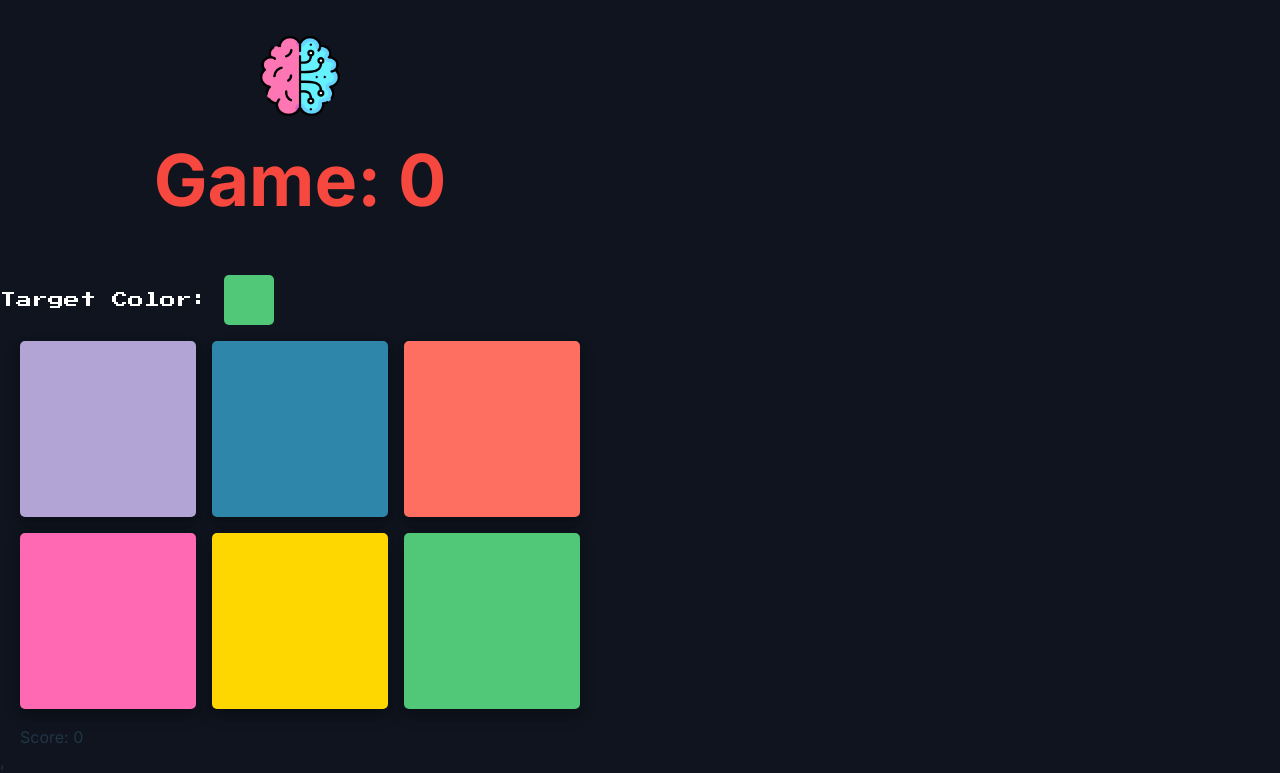
Repository: Shenixo/Color_match_game
Page: /game_play
The author's editor kept a copy of each file at every save. The page is drawn from the files as they stood at one save, then again after the next save.
The browser window is 1280 px wide. The pictures show the whole page.
The project was rebuilt for these pictures with package versions that can differ from the ones it lists, and the page was loaded fresh each time. Also part of the build but not shown: vite.config.js, src/Components/Tab/Tab.css, src/Components/Tab/Tab.jsx, src/Pages/Home/Home.jsx, src/Pages/Rules/Rules.css, src/Pages/Rules/Rules.jsx, src/Pages/Sound/Sound.jsx. Imported but missing from the stored project, and not drawn on this page: src/assets/button_clicks.wav, src/assets/game_theme_sound.mp4.

Above is the page before, as saved 2025-02-04 01:41:46.

### index.html
<!DOCTYPE html>
<html lang="en">
  <head>
    <meta charset="UTF-8" />
    <link rel="icon" type="image/svg+xml" href="/vite.svg" />
    <meta name="viewport" content="width=device-width, initial-scale=1.0" />
    <link rel="preconnect" href="https://fonts.googleapis.com" />
    <link rel="preconnect" href="https://fonts.gstatic.com" crossorigin />
    <link rel="preconnect" href="https://fonts.googleapis.com">
<link rel="preconnect" href="https://fonts.gstatic.com" crossorigin>
<link href="https://fonts.googleapis.com/css2?family=Inter:ital,opsz,wght@0,14..32,100..900;1,14..32,100..900&family=Poppins:ital,wght@0,100;0,200;0,300;0,400;0,500;0,600;0,700;0,800;0,900;1,100;1,200;1,300;1,400;1,500;1,600;1,700;1,800;1,900&family=Press+Start+2P&display=swap" rel="stylesheet">
    <title>Color Match</title>
  </head>
  <body>
    <div id="root"></div>
    <script type="module" src="/src/main.jsx"></script>
  </body>
</html>

### src/App.jsx
import { Route, Routes } from "react-router-dom";
import "./App.css";
import Home from "./Pages/Home/Home";
import Rules from "./Pages/Rules/Rules";
import Sound from "./Pages/Sound/Sound";
import GamePlay from "./Pages/GamePlay/GamePlay";

function App() {
  return (
    <div>
      <Routes>
        <Route path="/" element={<Home />} />
        <Route path="/game_play" element={<GamePlay/>}/>
        <Route path="/rules" element={<Rules />} />
        <Route path="/sound" element={<Sound />} />
      </Routes>
    </div>
  );
}

export default App;

### src/App.css
*{
  padding: 0;
  margin: 0;
  box-sizing: border-box;
  font-family: "Inter", serif;
}
body{
  background: #0f141e;
}

### src/Pages/GamePlay/GamePlay.jsx
import {Card, listenForScoreUpdates } from "../../Components/Card/Card"
import Title from "../../Components/Title/Title"
import "./GamePlay.css"
import ScoreNdColorBox from "../../Components/ScoreNdColorBox/ScoreNdColorBox"
import { useEffect, useState } from "react"

const GamePlay = () => {
  const [score, setScore] = useState(0);
  useEffect(() => {
    listenForScoreUpdates(setScore);
  }, []);
  return (
    <div>
      <div className="container">
        <Title content={`Game: ${score}`} />
        <div className="game-tab">
        <ScoreNdColorBox/>
        </div>
        <Card/>
      </div>
    </div>
  )
}

export default GamePlay

### src/Components/Title/Title.jsx
/* eslint-disable react/prop-types */
import "./Title.css"
import brain from "../../assets/brain.png"
import { Link } from "react-router-dom"
import { TabClick } from "../../Components/Sound/Sound";
const Title = ({content}) => {
  return (
    <div className="title">
          <h1>{content}</h1>
          <Link to="/">
          <img src={brain} onClick={TabClick} alt="Brain image" width={80} />
          </Link>
    </div>
  )
}

export default Title

### src/Pages/Home/Home.css
.home{
    width: 100%;
    max-height: 100svh;
}
.container{
    display: flex;
    align-items: center;
    justify-content: center;
    margin-top: 6%;
    flex-direction: column;
    gap: 1rem;
}

### src/Components/Sound/Sound.jsx
import Game_sound from "../../assets/game_theme_sound.mp4";
import Tab_sound from "../../assets/button_clicks.wav";

let game_theme = new Audio(Game_sound);
game_theme.loop = true;
const GameTheme = () => {
  if (game_theme.paused) {
    game_theme.play();
  } else {
    game_theme.pause();
    game_theme.currentTime = 0;
  }
};


const TabClick = () => {
  const tab_clicks = new Audio(Tab_sound)
  tab_clicks.play()
}
export { GameTheme, TabClick };

### src/Components/Card/Card.jsx
import { useState, useEffect } from "react";
import "./Card.css";
import { TabClick } from "../../Components/Sound/Sound";

const fineColors = [
  "#2E86AB",
  "#FF6F61",
  "#50C878",
  "#B2A4D4",
  "#FFD700",
  "#FF69B4",
];

let score = 0;
const setGlobalScore = (newScore) => {
  score = newScore;
  document.dispatchEvent(new CustomEvent("scoreUpdated", { detail: score }));
};

const Card = () => {
  const cardArr = Array.from({ length: 6 });
  const [shuffledColors, setShuffledColors] = useState([...fineColors]);
  const [localScore, setLocalScore] = useState(score);
  const [chosenColor, setChosenColor] = useState(null);
  const [clickEnabled, setClickEnabled] = useState(false);
  const [showHint, setShowHint] = useState(true);

  useEffect(() => {
    startNewRound();
  }, []);

  const startNewRound = () => {
    setClickEnabled(false);
    setShowHint(true);

    const randomColor = fineColors[Math.floor(Math.random() * fineColors.length)];
    setChosenColor(randomColor);

    // Dispatch the chosen color event
    document.dispatchEvent(new CustomEvent("colorChosen", { detail: randomColor }));

    setTimeout(() => {
      const shuffled = [...fineColors].sort(() => Math.random() - 0.5);
      setShuffledColors(shuffled);
      setClickEnabled(true);
      setShowHint(false);
    }, 4000);
  };

  const handleWinState = () => {
    setLocalScore((prev) => {
      const newScore = prev + 1;
      setGlobalScore(newScore);
      return newScore;
    });
  };

  const handleLoseState = () => {
    setLocalScore((prev) => {
      const newScore = prev - 1;
      setGlobalScore(newScore);
      return newScore;
    });
  };

  const handleCheckPlayerClick = (clickedIndex) => {
    if (!clickEnabled) return;

    const clickedColor = shuffledColors[clickedIndex];

    if (clickedColor === chosenColor) {
      handleWinState();
    } else {
      handleLoseState();
    }

    TabClick();
    setClickEnabled(false);

    setTimeout(() => {
      startNewRound();
    }, 1000);
  };

  return (
    <div className="card">
      {cardArr.map((_, idx) => (
        <button
          onClick={() => handleCheckPlayerClick(idx)}
          className={showHint && shuffledColors[idx] === chosenColor ? "chosen_card" : ""}
          style={{ background: shuffledColors[idx] }}
          key={idx}
          disabled={!clickEnabled}
        />
      ))}
      <p>Score: {localScore}</p>
    </div>
  );
};

export { Card, setGlobalScore };

export const listenForScoreUpdates = (callback) => {
  document.addEventListener("scoreUpdated", (event) => {
    callback(event.detail);
  });
};

### src/Pages/GamePlay/GamePlay.css
.game-tab{
    display: flex;
    align-items: center;
    justify-content: space-between;
    width: 600px;
}

### src/Components/ScoreNdColorBox/ScoreNdColorBox.jsx
import ChosenColor from "../ChosenColorDisplay/ChosenColorDisplay"

import "./ScoreNdColorBox.css";
const ScoreNdColorBox = () => {

  return (
    <div className="score_nd_color_box">
      <div className="target_card">
        <p>Target Color:</p>{" "}
        <ChosenColor/>
      </div>
    </div>
  );
};

export default ScoreNdColorBox;

/*Nahhh this is worst the cards first appears first without color then i think a card is first chosen in this state without colors then after the colors suddenly appears and then another card is being chosen how ami supposed to work with this The flow should be that one random card gets selected it shuffles and i have to click on the card that was chosen to add to my score and if i fail to do this my score gets deducted this shoud be the flow */


/*
i need you to help me with something i am working on a color game where a random card is first selected and then it shuffles after shuffling i have to pick the card that was chosen to initially to win we must make sure to still track the index of the card that was chosen before even after shuffling because this is what would be used to track player click and also since the index of the chosen card would change after shuffling so i can update my scores correctly i would send you my code now and i want you to help me make the corrections so the code can work correctly as expected got it?! */

### src/Components/Title/Title.css
.title {
  display: flex;
  align-items: center;
  gap: 1rem;
  color: #f6483e;
  font-size: 1.4rem;
  margin-bottom: 2.5rem;
  flex-direction: column-reverse;
}
.title h1 {
  /* font-family: "Press Start 2P", serif; */
}

### src/Components/Card/Card.css
.card {
  display: grid;
  grid-template-columns: 1fr 1fr 1fr;
  gap: 1rem;
  transition: all 0.5s ease-in-out;
  justify-content: center;
  align-items: center;
  position: relative;
}
.card button {
  width: 11rem;
  cursor: pointer;
  height: 11rem;
  border-radius: 5px;
  transition: transform 0.5s ease-in-out, opacity 0.5s ease-in-out;
  box-shadow: 0px 8px 16px rgba(0, 0, 0, 0.2), 0px 4px 8px rgba(0, 0, 0, 0.1);
  transition: .5s;
  border: none;
}
.card div:active{
  scale: .85;
}

.chosen_card {
  animation: pulse 1.2s 3 ease-in-out;
}

@keyframes pulse {
  0% {
    transform: scale(1);
  }
  50% {
    transform: scale(1.1);
  }
  100% {
    transform: scale(1);
  }
}

.card.collapse div {
  transform: scale(0.1) translate(-50%, -50%);
  opacity: 0;
}

.card.spread div {
  transform: scale(1) translate(0, 0);
  opacity: 1;
}

@media only screen and (max-width: 880px) {
  .card {
    grid-template-columns: 1fr 1fr;
  }
}

### src/Components/ChosenColorDisplay/ChosenColorDisplay.jsx
import { useState, useEffect } from "react";

const ChosenColorDisplay = () => {
  const [chosenColor, setChosenColor] = useState(null);

  useEffect(() => {
    const handleColorChosen = (event) => {
      setChosenColor(event.detail);
    };
    document.addEventListener("colorChosen", handleColorChosen);

    return () => {
      document.removeEventListener("colorChosen", handleColorChosen);
    };
  }, []);
console.log("chosenColor", chosenColor)
  return (
    <div>
      <div
        style={{
          width: "50px",
          height: "50px",
                  backgroundColor: chosenColor,
          borderRadius: "5px"
        }}
      />
    </div>
  );
};

export default ChosenColorDisplay;

### src/Components/ScoreNdColorBox/ScoreNdColorBox.css

.random_card{
    border-radius: 5px;
    height: 2.4rem;
    width: 2.4rem;
}
.target_card{
    display: flex;
    align-items: center;
    gap: 1rem;
    font-size: 1rem;
    color: white;
}
.target_card p{
    font-family: "Press Start 2P", serif;

}

Loaded but not shown: src/main.jsx (common file); src/index.css (common file)

After the next save:
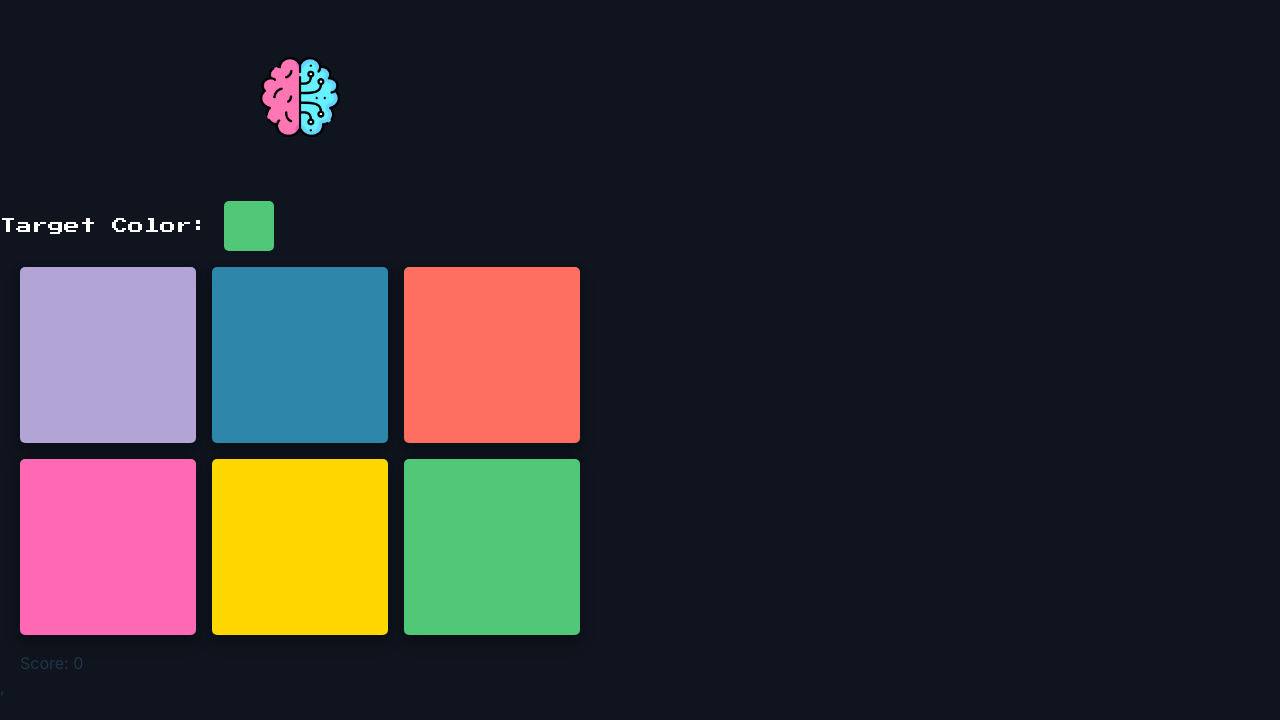
Saved 10 s later.
--- a/src/Components/Title/Title.css
+++ b/src/Components/Title/Title.css
@@ -8,5 +8,6 @@
   flex-direction: column-reverse;
 }
 .title h1 {
+  display: none;
   /* font-family: "Press Start 2P", serif; */
 }
